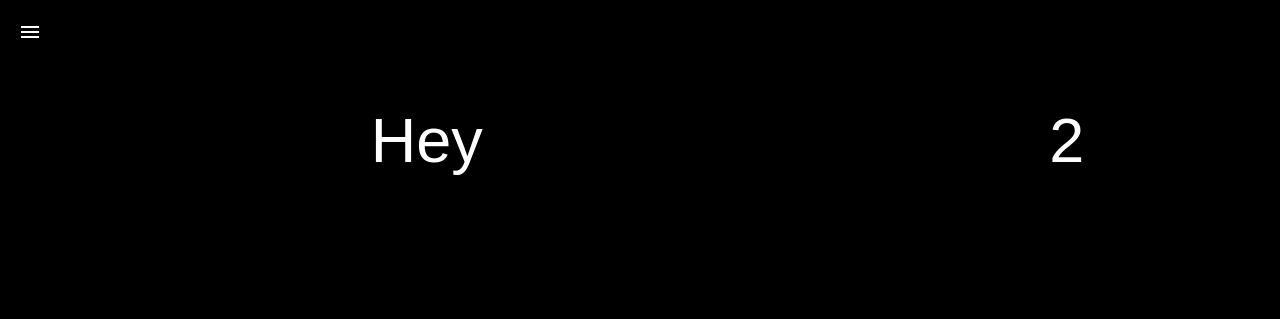
Repository: Ajtheult/final-project
Page: /cart
The author's editor kept a copy of each file at every save. The page is drawn from the files as they stood at one save, then again after the next save.
The browser window is 1280 px wide. The pictures show the whole page.
Some web fonts or font styles are not loaded; a fallback is used. Some web libraries are served in a nearby version. The project was rebuilt for these pictures with package versions that can differ from the ones it lists, and the page was loaded fresh each time. Also part of the build but not shown: src/layout/pages/LandingPage.js, src/layout/pages/About.js, src/layout/pages/catalogue/Keys.js, src/layout/pages/catalogue/String.js, src/layout/pages/catalogue/Woodwind.js, src/layout/pages/catalogue/Percussion.js, src/layout/pages/login/Login.js, src/layout/pages/login/NewSignUp.js.

Above is the page before, as saved 2020-07-23 10:17:14.

After the next save:
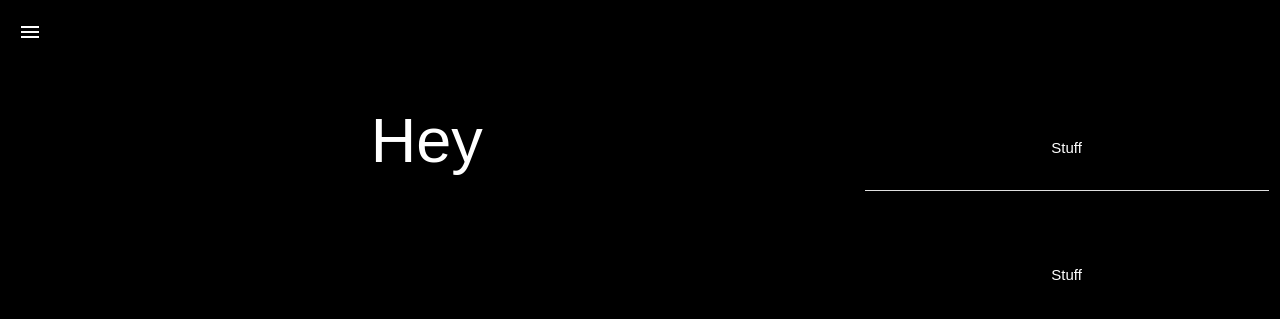
Saved 60 s later.
--- a/src/layout/pages/Cart.js
+++ b/src/layout/pages/Cart.js
@@ -9,7 +9,15 @@ const Cart = () => {
         </div>
 
         <div class="col s4">
-          <h1>2</h1>
+          <div class="section">
+            <h5>Section 1</h5>
+            <p>Stuff</p>
+          </div>
+          <div class="divider"></div>
+          <div class="section">
+            <h5>Section 2</h5>
+            <p>Stuff</p>
+          </div>
         </div>
       </div>
     </div>
